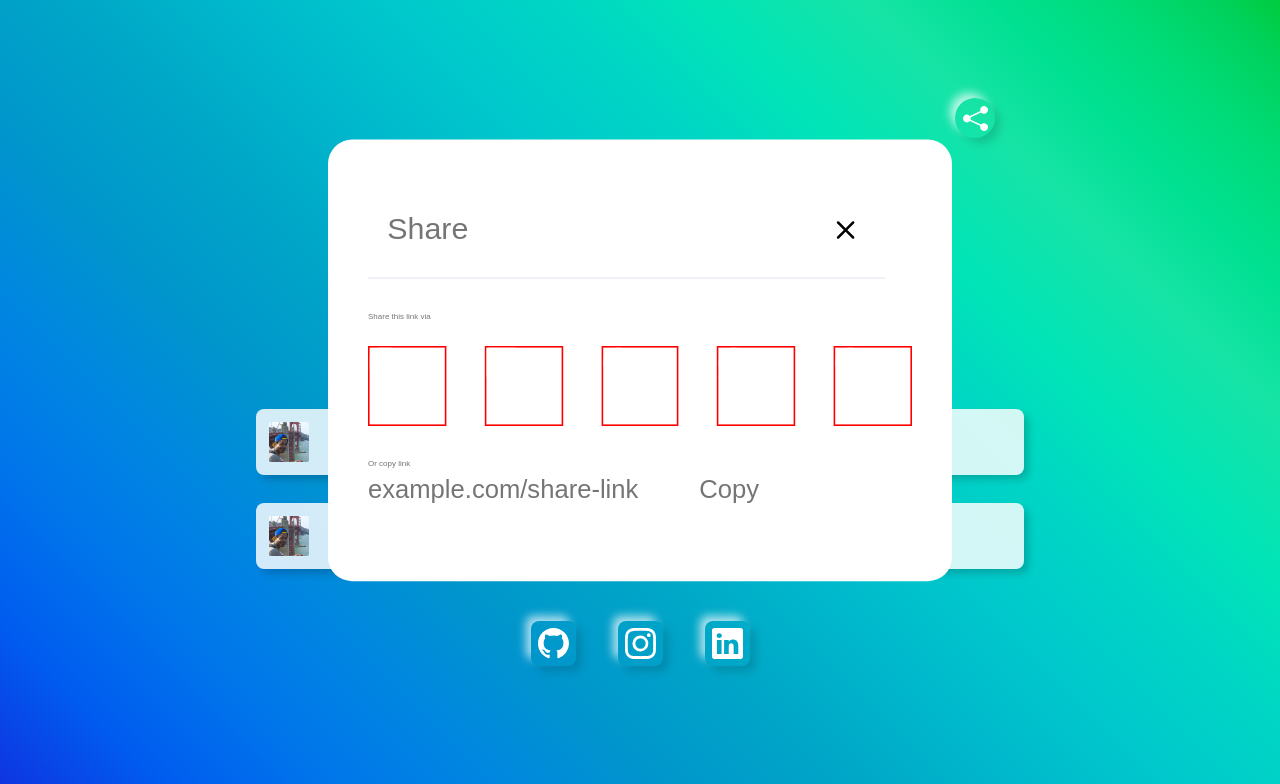
Repository: MateLaDBrouille97/linktree
Page: /
The author's editor kept a copy of each file at every save. The page is drawn from the files as they stood at one save, then again after the next save.
The browser window is 1280 px wide. The pictures show the whole page.
The project was rebuilt for these pictures with package versions that can differ from the ones it lists, and the page was loaded fresh each time. The framework's server and built-in components were replaced by stand-ins that run in the browser. Also part of the build but not shown: next.config.js, styles/Home.module.css, styles/scrollup.css.

Above is the page before, as saved 2023-01-23 23:42:47.

### app/layout.tsx
"use client";

import '@/styles/globals.css'
import '../styles/Home.module.css';
import '../styles/scrollup.css';
import '../styles/home.css';
import '../styles/socials.css';
import '../styles/share.css';
import ScrollDow from '../components/ScrollDow';
import ScrollUp from '../components/scrollup/ScrollUp'

export default function RootLayout({
    children,
  }: {
    children: React.ReactNode;
  }) {
    return (
      <html lang="en">
        <body>{children}</body>
        {/* <ScrollDow/> */}
        {/* <ScrollUp/> */}
      </html>
    );
  }

### app/page.tsx
"use client";

import Image from "next/image";
import data from "data.json";
import image from "../public/ManuelTL2.jpg";
import image1 from "../public/ManuelTL2.jpg";
import { useEffect, useState } from "react";
import Socials from "../components/Socials";
import Share from "@/components/Share";

function LinkCard({
  href,
  title,
  image,
}: {
  href: string;
  title: string;
  image?: string;
}) {
  return (
    <a
      href={href}
      className="flex items-center p-3 w-full rounded-lg hover:scale-105 transition-all bg-gray-100 mb-3 -mt-2 max-w-3xl home__linkcard-box"
    >
      <div className="flex text-center w-full home__linkcard-card">
        <div className="w-10 h-10 home__linkcard-img">
          {image1 && (
            <Image
              className="rounded-sm"
              alt={data.name}
              src={image1}
              width={40}
              height={40}
            />
          )}
        </div>
        <h2 className="flex justify-center items-center font-semibold w-full text-gray-700 -ml-10 home__linkcard-title">
          {title}
        </h2>
      </div>
    </a>
  );
}

export default function Home() {
  /*==================== Toggle Menu ====================== */
  const [toggle, showMenu] = useState(false);
  const [activeNav, setActiveNav] = useState("#home");

  /* +++++++++++++++++++++++++++++++++++++++++++++++++ */
  // const { dbUser, image } = useUserContext();

  // const breakpoints = (width) => {
  //   if (width < 640) {
  //     return "xs";
  //   } else if (width >= 640 && width < 768) {
  //     return "sm";
  //   } else if (width >= 768 && width < 1024) {
  //     return "md";
  //   } else if (width >= 1024) {
  //     return "lg";
  //   }
  // };

  // const [breakpoint, setBreakpoint] = useState(() =>
  //   breakpoints(typeof window !== "undefined" && window.innerWidth)
  // );

  useEffect(() => {
    if (toggle) {
      // const calcInnerWidth = function () {
      //   setBreakpoint(breakpoints(window.innerWidth));
      // };
      // window.addEventListener("resize", calcInnerWidth);
      window.addEventListener("scroll", function () {
        const header = this.document.querySelector(".header");
        //scroll higher than 200 viewport height
        //add scroll header class to a tag with the scroll-top
        if (this.scrollY >= 80) header?.classList.add("scroll-header");
        else header?.classList.remove("scroll-header");
      });
    }
  }, []);

  useEffect(() => {
    showMenu(true);
  }, []);

  return (
    <div className="flex items-center flex-col mx-auto w-full justify-center mt-16 px-8 ">
      <Share/>
      <a
        href="#home"
        onClick={() => setActiveNav("#home")}
        // className={
        //   activeNav === "#home" ? "nav__logo active-link" : "nav__logo"
        // }
      >
        <Image
          className="rounded-full"
          alt={data.name}
          src={image}
          width={96}
          height={96}
        />
      </a>

      <h1 className="font-semibold mt-4 mb-8 text-xl" style={{color:"white"}}>{data.name}</h1>
      <h3 className="home__description" style={{color:"white"}}>{data.small_description}</h3>

      <div className="grid place-items-center w-full mt-2">
        {data.links.map((link) => (
          <LinkCard key={link.href} {...link} />
        ))}
      </div>

      <div className="gap-3 items-center flex mt-10">
        {data?.socials?.map((social) => {
         return(

          <Socials title={social?.title} key={social?.href} />
          )
        })}
      </div>
    </div>
  );
}

### styles/globals.css
@tailwind base;
@tailwind components;
@tailwind utilities;

body{
  height:100vh;
  background-image: linear-gradient(
  45deg,
  hsl(229deg 88% 47%) 0%,
  hsl(217deg 100% 47%) 8%,
  hsl(210deg 100% 46%) 16%,
  hsl(204deg 100% 44%) 24%,
  hsl(196deg 100% 40%) 32%,
  hsl(190deg 100% 39%) 41%,
  hsl(186deg 100% 40%) 49%,
  hsl(181deg 100% 40%) 57%,
  hsl(175deg 100% 42%) 65%,
  hsl(168deg 99% 45%) 72%,
  hsl(162deg 82% 49%) 80%,
  hsl(159deg 100% 44%) 86%,
  hsl(153deg 100% 43%) 92%,
  hsl(146deg 100% 41%) 97%,
  hsl(138deg 100% 40%) 100%
);
}

@import  url('https://api.iconify.design/material-symbols/arrow-upward.svg');

/*=============== GOOGLE FONTS ===============*/
@import url("https://fonts.googleapis.com/css2?family=Poppins:wght@400;500;600&display=swap");

/*=================== NEXT.JS ================*/

html,
body {
  padding: 0;
  margin: 0;
  font-family: -apple-system, BlinkMacSystemFont, Segoe UI, Roboto, Oxygen,
    Ubuntu, Cantarell, Fira Sans, Droid Sans, Helvetica Neue, sans-serif;
}

h1 {
  font-size: 1.75rem;
}




/*=============== VARIABLES CSS ===============*/
:root {
  --header-height: 3rem;

  /*========== Colors ==========*/
  /*Color mode HSL(hue, saturation, lightness)*/
  --hue: 0;
  --sat: 0%;
  --title-color: hsl(var(--hue), var(--sat), 20%);
  --title-color-dark: hsl(var(--hue), var(--sat), 0%);
  --text-color: hsl(var(--hue), var(--sat), 46%);
  --body-color: hsl(var(--hue), var(--sat), 98%);
  --container-color: #fff;

  /*========== Font and typography ==========*/
  --body-font: "Poppins", sans-serif;

  /*.5rem = 8px | 1rem = 16px ...*/
  --big-font-size: 3.5rem;
  --h1-font-size: 2.75rem;
  --h2-font-size: 1.5rem;
  --h3-font-size: 1.25rem;
  --normal-font-size: 1rem;
  --small-font-size: 0.875rem;
  --smaller-font-size: 0.813rem;
  --tiny-font-size: 0.625rem;

  /*========== Font weight ==========*/
  --font-normal: 400;
  --font-medium: 500;
  --font-semi-bold: 600;

  /*========== Margenes Bottom ==========*/
  /*.5rem = 8px | 1rem = 16px ...*/
  --mb-0-25: 0.25rem;
  --mb-0-5: 0.5rem;
  --mb-0-75: 0.75rem;
  --mb-1: 1rem;
  --mb-1-5: 1.5rem;
  --mb-2: 2rem;
  --mb-2-5: 2.5rem;
  --mb-3: 3rem;

  /*========== z index ==========*/
  --z-tooltip: 10;
  --z-fixed: 100;
  --z-modal: 1000;
}

/* Responsive typography */
@media screen and (max-width: 992px) {
  :root {
    --big-font-size: 2.75rem;
    --h1-font-size: 1.5rem;
    --h2-font-size: 1.25rem;
    --h3-font-size: 1rem;
    --normal-font-size: 0.938rem;
    --small-font-size: 0.813rem;
    --smaller-font-size: 0.75rem;
  }
}

/*=============== BASE ===============*/
* {
  margin: 0;
  padding: 0;
  box-sizing: border-box;
}

html {
  scroll-behavior: smooth;
}

body,
button,
input,
textarea {
  font-family: var(--body-font);
  font-size: var(--normal-font-size);
}

body {
  background-color: var(--body-color);
  color: var(--text-color);
}

h1,
h2,
h3 {
  color: var(--title-color);
  font-weight: var(--font-semi-bold);
}

ul {
  list-style: none;
}

a {
  text-decoration: none;
}

button {
  cursor: pointer;
  border: none;
  outline: none;
}

img {
  max-width: 100%;
  height: auto;
}

/*=============== REUSABLE CSS CLASSES ===============*/
.section {
  padding: 6rem 0 2rem;
}

.section__title {
  font-size: var(--h1-font-size);
  color: var(--title-color);
}

.section__subtitle {
  display: block;
  font-size: var(--normal-font-size);
  margin-bottom: 4rem;
}

.section__title,
.section__subtitle {
  text-align: center;
}

/*=============== LAYOUT ===============*/
.container {
  max-width: 968px;
  margin-left: auto;
  margin-right: auto;
}

.grid {
  display: grid;
  gap: 1.5rem;
}

/*=============== BUTTONS ===============*/
.button {
  display: inline-block;
  background-color:rgb(100, 189, 140);
  color: var(--container-color);
  padding: 1.25rem 2rem;
  border-radius: 1rem;
  font-weight: var(--font-medium);
}

.button:hover {
  background-color: rgb(81, 209, 138);
  color: var(--container-color);
}

.button__icon {
  margin-left: var(--mb-0-5);
}

.button--flex {
  display: inline-flex;
  align-items: center;

}




/*=============== BREAKPOINTS ===============*/
/* For large devices */
@media screen and (max-width: 992px) {
  .container {
    margin-left: var(--mb-1-5);
    margin-right: var(--mb-1-5);
  }

  .button {
    padding: 1rem 1.75rem;
  }

  .button__icon {
    width: 22px;
    height: 22px;
  }
}

/* For medium devices */
@media screen and (max-width: 768px) {
  body {
    margin: 0 0 var(--header-height) 0;
  }

  .section {
    padding: 2rem 0 4rem;
  }

  .section__subtitle {
    margin-bottom: var(--mb-3);
  }
}

@media screen and (max-width: 576px) {

}

/* For small devices */
@media screen and (max-width: 350px) {
  :root {
    --big-font-size: 2.25rem;
  }

  .container {
    margin-left: var(--mb-1);
    margin-right: var(--mb-1);
  }
}

### styles/home.css
.home__container{
    row-gap: 7rem;
}

.home__content{
    grid-template-columns: 116px repeat(2, 1fr);
    padding-top: 5.5rem;
    column-gap: 2rem;
    align-items: center;
}

.home__social{
    display:grid;
    grid-template-columns: max-content;
    row-gap: 1rem;
}

.home__social-icon{
    font-size:1.25rem;
    color: var(--title-color);
}

.home__social-icon:hover{
    color:rgb(165, 30, 75);
}



.home__social-icon:hover{
    color: var(--title-color-dark);
}

.home__title{
    font-size:var(--h1-font-size);
    margin-bottom:var(--mb-0-25);
}

.home__hand{
    width: 38px;
    height: 38px;
    margin-left: 0.4rem;
}

.home__subtitle{
    position: relative;
    font-size:var(--h3-font-size);
    padding-left: 5.4rem;
    font-weight: var(--font-normal);
    margin-bottom: var(--mb-1);
}

.home__subtitle::before{
    content:'';
    position:absolute;
    width: 70px;
    height:1px;
    background-color:var(--text-color);
    left:0;
    top:1rem;
}

.home__description{
    max-width:400px;
    margin-bottom: var(--mb-3);
    line-height: 1.7;
}

.home__linkcard-box{
    background-color: rgba(255, 255, 255, 0.829);
    border-color: whitesmoke;
    border-width: 3px;
    transition: transform 0.5s;
    box-shadow: 5px 5px 9px -1px rgba(0,0,0,0.2);

    border: 1px solid rgba(0,0,0,0);
    transition: transform 0.5s;
}

.home__linkcard-box:hover{
    box-shadow: 10px 10px 0px -1px rgba(0,0,0,0.15),
                1px 1px 0.5px  rgba(0,0,0,0.15),
                0px -12px 10px -10px  rgba(0,0,0,0.05);
     border: 1px solid   rgba(0,0,0,0.1);
    /* transform:translateY(-2px)  ;    */
}

.home__linkcard-box::after{
    transition: transform 0.5s;
}

.home__linkcard-box:hover::after .home__linkcard-title {
    transition: transform 0.7s;
}

.home__linkcard-box:hover::after .home__linkcard-img {
    transition: transform 0.7s;
}

.home__linkcard-box:hover .home__linkcard-title{
    transform:scale(1.05);
    transition: transform 0.5s;
}

.home__linkcard-box:hover .home__linkcard-img{
    transform:scale(1.15);
    transition: transform 0.5s;
}




.home__img{
/* background: url(../../assets/Mur.jpg); */
background-repeat: no-repeat;
background-position: center;
background-size: cover;
box-shadow: inset 0 0 0 9px rgb(255 255 255/30%);
order: 1;
justify-self: center;
width:375px ;
height: 350px;
animation: profile__animate 8s ease-in-out infinite 1s;
}

@keyframes profile__animate {
    0%{
        border-radius: 60% 40% 30% 70%/60% 30% 70% 40%;
    }

    50%{
        border-radius: 30% 60% 70% 40%/50% 60% 30% 60%;
    }

    100%{
        border-radius: 60% 40% 30% 70%/60% 30% 70% 40%;
    }
}

.home__scroll{
    position:fixed;
    left: 2.5rem;
    bottom: 3rem;
    /* opacity:0.8; */
    padding:0.3rem 0.5rem;
    border-radius:0.4rem;
    z-index: var(--z-tooltip);
    transition: .4s;
}


.wheel {
    animation: scroll 2s ease infinite;
}

@keyframes scroll{
    0% {
        transform: translateY(0);
    }
    30% {
        transform: translateY(3.7rem);
    }

}


.home__scroll-name{
    color: rgba(255, 255, 255, 0.829);
    font-weight: var(--font-medium);
    margin-right: var(--mb-0-25);
    margin-left: 2px;
}

.home__scroll-arrow{
    font-size: 1.25rem;
    color: rgba(255, 255, 255, 0.829);
}


/*=============== BREAKPOINTS ===============*/
/* For large devices */
@media screen and (max-width: 992px) {
    .home__content{
        grid-template-columns: 100px repeat(2, 1fr);
        column-gap: 1.25rem;

    }

    .home__hand{
        width:26px;
        height:26px;
    }

    .home__subtitle{
        padding-left: 3.75rem;
        margin-bottom: var(--mb-1);

    }

    .home__subtitle::before {
        width:42px;
        top:0.8rem;
    }

    .home__description{
        max-width: initial;
        margin-bottom: var(--mb-2-5);
    }

    .home__img{
        width:250px;
        height:250px;
        box-shadow:inset 0 0 0 8px rgb(255 255 255/30%)
    }

    .home__scroll{
        margin-left: 7.5rem;
    }



  }

  /* For medium devices */
  @media screen and (max-width: 768px) {
    .home__content{
        grid-template-columns: 0.5fr 3fr;
        padding-top: 3.5rem;
    }

    .home__img{
        order:initial;/* ordre d'apparition de l'element*/
        justify-self: initial;
        box-shadow: inset 0 0 0 9px rgb(255 255 255/30%);
        width:200px;
        height: 200px;
    }

    .home__data{
        grid-column:1/3;
    }

    .home__scroll{
        display:none;
    }


  }



  /* For small devices */
  @media screen and (max-width: 350px) {


    .home__img{

        width:180px ;
        height: 180px;
    }

    .home__hand{
        width:22px;
        height:22px;
    }


  }

### styles/socials.css
/* .social__link{
    color: var(--container-color);
    font-size: 1.125rem;
    padding: 0.4rem;
    border-radius:1.5rem;
    display: inline-flex;
} */
/*
.social__link:hover{
    background-color:rgba(44, 203, 224, 0.986);
} */

.social__link{
    display:flex;
    /* background-color: var(--container-color); */
    color: var(--container-color);
    height: 45px;
    width: 45px;
    margin: 0 15px;
    border-radius: 8px;
    align-items: center;
    justify-content:center;
    text-decoration: none;
    box-shadow: 6px 6px 10px -1px rgba(0,0,0,0.15),
                -6px -6px 10px -1px rgba(255,255,255,0.7);
    border: 1px solid   rgba(0,0,0,0);
    transition: transform 0.5s;
}

a svg {
    font-size: 38px;
    color: white;
    transition: transform 0.5s;
}


.social__link:hover{
    background-color: rgba(255, 255, 255, 0.829);
    box-shadow: inset 4px 4px 6px -1px rgba(0,0,0,0.2),
                inset -4px -4px 6px -1px rgba(255,255,255,0.7),
                -0.5px -0.5px 0px  rgba(255,255,255,1),
                0.5px 0.5px 0px  rgba(0,0,0,0.15),
                0px -12px 10px -10px  rgba(0,0,0,0.05);
    border: 1px solid   rgba(0,0,0,0.1);
    transform:translateY(2px)  ;
}


a:hover svg{
    transform: scale(1.10);
    fill: black;
    transition: transform 0.5s;
}

a:hover .bi-linkedin{
    fill:rgb(18, 83, 203) ;
    transform:scale(1.10);
    transition: transform 0.5s;
}

a:hover .bi-instagram{
    fill:#e64771;
    transform:scale(1.10);
    transition: transform 0.5s;
}


/*=============== BREAKPOINTS ===============*/
/* For large devices */
@media screen and (max-width: 992px) {


    .social__link:hover{

        box-shadow: inset 4px 4px 6px -1px rgba(0,0,0,0.2),
                    inset -4px -4px 6px -1px rgba(255,255,255,0.7),
                    -0.5px -0.5px 0px  rgba(255,255,255,1),
                    0.5px 0.5px 0px  rgba(0,0,0,0.15),
                    0px -12px 10px -10px  rgba(0,0,0,0.05);
        border: 1px solid   rgba(0,0,0,0.1);
        transform:translateY(2px)  ;
    }




  }

  /* For medium devices */
  @media screen and (max-width: 768px) {




  }



  /* For small devices */
  @media screen and (max-width: 350px) {





  }

### styles/share.css
/*          Share   Items  */

.share-link {
  display: flex;
  color: var(--container-color);
  height: 45px;
  width: 45px;
  margin: 0 15px;
  border-radius: 22px;
  align-items: center;
  justify-content: center;
  text-decoration: none;
  box-shadow: 6px 6px 10px -1px rgba(0, 0, 0, 0.15),
    -6px -6px 10px -1px rgba(255, 255, 255, 0.7);
  border: 1px solid rgba(0, 0, 0, 0);
  transition: transform 0.5s;
}

.share-link:hover {
  background-color: rgba(255, 255, 255, 0.829);
  box-shadow: inset 4px 4px 6px -1px rgba(0, 0, 0, 0.2),
    inset -4px -4px 6px -1px rgba(255, 255, 255, 0.7),
    -0.5px -0.5px 0px rgba(255, 255, 255, 1),
    0.5px 0.5px 0px rgba(0, 0, 0, 0.15),
    0px -12px 10px -10px rgba(0, 0, 0, 0.05);
  border: 1px solid rgba(0, 0, 0, 0.1);
  transform: translateY(2px);
}

/* .share-link .bi-share-fill{
    fill: white;
} */

.share-link:hover .bi-share-fill {
  fill: black;
  transform: scale(1.1);
  transition: transform 0.5s;
}

header {
  width: 95%;
  max-width: 788px;
  display: flex;
  justify-content: flex-end;
  padding: 12px;
  margin-top: 5px;
}

.share-button {
  width: 40px;
  height: 40px;
  border-radius: 20px;
  color: var(--container-color);
}


.share {
  width: 95%;
  max-width: 788px;
  display: flex;
  justify-content: flex-end;
  padding: 12px;
  margin-top: 5px;
  z-index: 10;
}

.modal-share {
  position: absolute;
  top: 50%;
  left: 50%;
  transform: translate(-50%, -50%) scale(1.6);
  background: var(--container-color);
  padding: 25px;
  border-radius: 15px;
  max-width: 390px;
  width: 80%;
}

.modal-share :is(header, .icons) {
  display: flex;
  align-items: center;
  justify-content: space-between;
}

.modal-share header {
  padding-bottom: 15px;
  border-bottom: 1px solid #ebedf9;
}

header .close .icons a{
  display: flex;
  align-items: center;
  justify-content: center;
  border-radius: 50%;
}

header .close {
  height: 33px;
  width: 33px;
  background: var(--container-color);
  cursor: pointer;
}

.modal-title {
  font-size: 19px;
  font-weight: 500;
}

.modal-share .content {
  margin: 20px 0;
}

.content p{
  font-size: 5px;
}

.content .icons {
  margin: 15px 0 20px 0;
}

.icons a {
  height: 50px;
  width: 50px;
  border: 1px solid red;
  text-decoration: none;

}

### components/Socials.tsx
function GitHubIcon() {
  return (
    <a href="https://github.com/LuckyMate97" className="social__link">
      <svg xmlns="http://www.w3.org/2000/svg" width="31" height="31" fill="white" className="bi bi-github" viewBox="0 0 16 16"> <path d="M8 0C3.58 0 0 3.58 0 8c0 3.54 2.29 6.53 5.47 7.59.4.07.55-.17.55-.38 0-.19-.01-.82-.01-1.49-2.01.37-2.53-.49-2.69-.94-.09-.23-.48-.94-.82-1.13-.28-.15-.68-.52-.01-.53.63-.01 1.08.58 1.23.82.72 1.21 1.87.87 2.33.66.07-.52.28-.87.51-1.07-1.78-.2-3.64-.89-3.64-3.95 0-.87.31-1.59.82-2.15-.08-.2-.36-1.02.08-2.12 0 0 .67-.21 2.2.82.64-.18 1.32-.27 2-.27.68 0 1.36.09 2 .27 1.53-1.04 2.2-.82 2.2-.82.44 1.1.16 1.92.08 2.12.51.56.82 1.27.82 2.15 0 3.07-1.87 3.75-3.65 3.95.29.25.54.73.54 1.48 0 1.07-.01 1.93-.01 2.2 0 .21.15.46.55.38A8.012 8.012 0 0 0 16 8c0-4.42-3.58-8-8-8z"/> </svg>
    </a>
  );
}

function InstagramIcon() {
  return (
    <a href="https://www.instagram.com/oto.mata33/" className="social__link">
      <svg xmlns="http://www.w3.org/2000/svg" width="31" height="31" fill="white" className="bi bi-instagram" viewBox="0 0 16 16"> <path d="M8 0C5.829 0 5.556.01 4.703.048 3.85.088 3.269.222 2.76.42a3.917 3.917 0 0 0-1.417.923A3.927 3.927 0 0 0 .42 2.76C.222 3.268.087 3.85.048 4.7.01 5.555 0 5.827 0 8.001c0 2.172.01 2.444.048 3.297.04.852.174 1.433.372 1.942.205.526.478.972.923 1.417.444.445.89.719 1.416.923.51.198 1.09.333 1.942.372C5.555 15.99 5.827 16 8 16s2.444-.01 3.298-.048c.851-.04 1.434-.174 1.943-.372a3.916 3.916 0 0 0 1.416-.923c.445-.445.718-.891.923-1.417.197-.509.332-1.09.372-1.942C15.99 10.445 16 10.173 16 8s-.01-2.445-.048-3.299c-.04-.851-.175-1.433-.372-1.941a3.926 3.926 0 0 0-.923-1.417A3.911 3.911 0 0 0 13.24.42c-.51-.198-1.092-.333-1.943-.372C10.443.01 10.172 0 7.998 0h.003zm-.717 1.442h.718c2.136 0 2.389.007 3.232.046.78.035 1.204.166 1.486.275.373.145.64.319.92.599.28.28.453.546.598.92.11.281.24.705.275 1.485.039.843.047 1.096.047 3.231s-.008 2.389-.047 3.232c-.035.78-.166 1.203-.275 1.485a2.47 2.47 0 0 1-.599.919c-.28.28-.546.453-.92.598-.28.11-.704.24-1.485.276-.843.038-1.096.047-3.232.047s-2.39-.009-3.233-.047c-.78-.036-1.203-.166-1.485-.276a2.478 2.478 0 0 1-.92-.598 2.48 2.48 0 0 1-.6-.92c-.109-.281-.24-.705-.275-1.485-.038-.843-.046-1.096-.046-3.233 0-2.136.008-2.388.046-3.231.036-.78.166-1.204.276-1.486.145-.373.319-.64.599-.92.28-.28.546-.453.92-.598.282-.11.705-.24 1.485-.276.738-.034 1.024-.044 2.515-.045v.002zm4.988 1.328a.96.96 0 1 0 0 1.92.96.96 0 0 0 0-1.92zm-4.27 1.122a4.109 4.109 0 1 0 0 8.217 4.109 4.109 0 0 0 0-8.217zm0 1.441a2.667 2.667 0 1 1 0 5.334 2.667 2.667 0 0 1 0-5.334z"/> </svg>
    </a>
  );
}

function LinkedInIcon() {
  return (
    <a href="https://ca.linkedin.com/" className="social__link">
      <svg xmlns="http://www.w3.org/2000/svg" width="31" height="31" fill="white" className="bi bi-linkedin" viewBox="0 0 16 16"> <path d="M0 1.146C0 .513.526 0 1.175 0h13.65C15.474 0 16 .513 16 1.146v13.708c0 .633-.526 1.146-1.175 1.146H1.175C.526 16 0 15.487 0 14.854V1.146zm4.943 12.248V6.169H2.542v7.225h2.401zm-1.2-8.212c.837 0 1.358-.554 1.358-1.248-.015-.709-.52-1.248-1.342-1.248-.822 0-1.359.54-1.359 1.248 0 .694.521 1.248 1.327 1.248h.016zm4.908 8.212V9.359c0-.216.016-.432.08-.586.173-.431.568-.878 1.232-.878.869 0 1.216.662 1.216 1.634v3.865h2.401V9.25c0-2.22-1.184-3.252-2.764-3.252-1.274 0-1.845.7-2.165 1.193v.025h-.016a5.54 5.54 0 0 1 .016-.025V6.169h-2.4c.03.678 0 7.225 0 7.225h2.4z"/> </svg>
    </a>
  );
}

function Socials({ title }:{title?:string;}) {
  if (title == "Instagram") {
    return <InstagramIcon  />;
  }
  if (title == "Github") {
    return <GitHubIcon  />;
  }
  if (title == "LinkedIn") {
    return <LinkedInIcon  />;
  }
}

export default Socials;

Loaded but not shown: data.json (35 lines, source omitted); tailwind.config.js (13 lines, source omitted); components/Share.tsx (116 lines, source omitted)

After the next save:
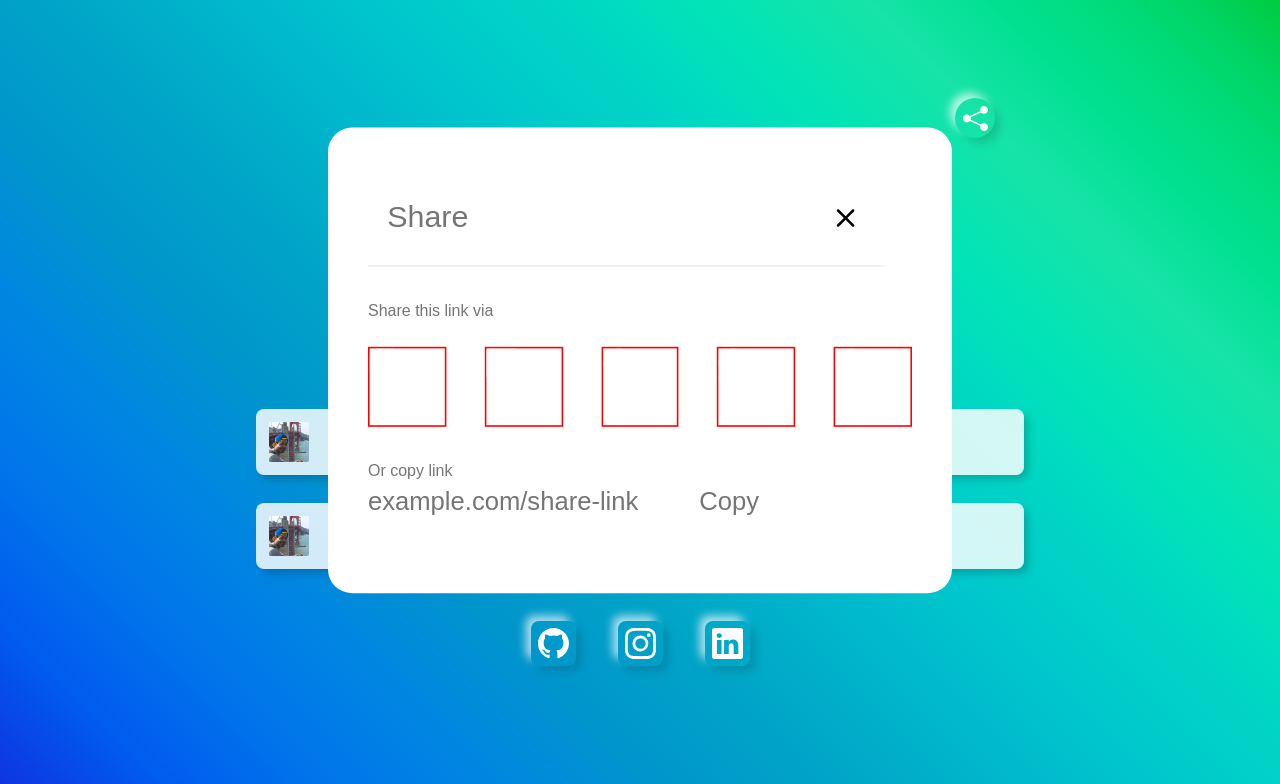
Saved 12 s later.
--- a/styles/share.css
+++ b/styles/share.css
@@ -111,7 +111,7 @@ header .close {
 }
 
 .content p{
-  font-size: 5px;
+  font-size: 10px;
 }
 
 .content .icons {
